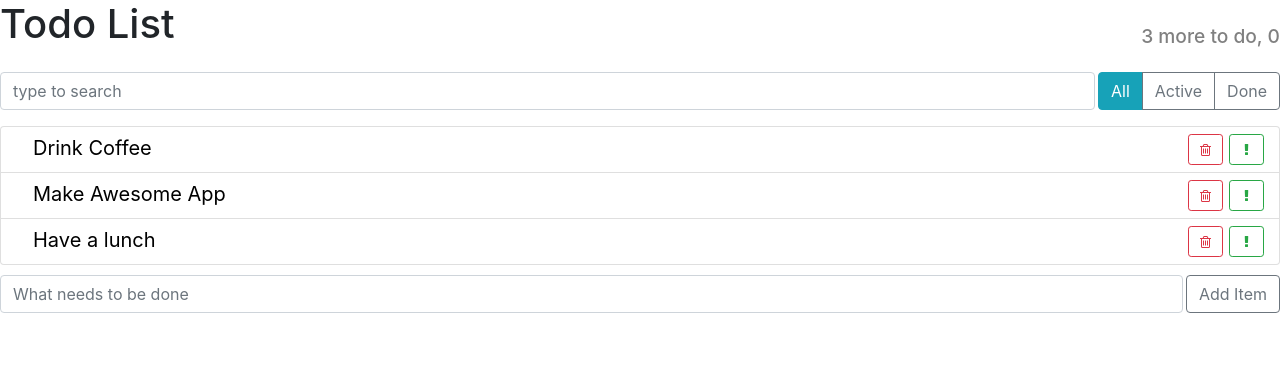
Repository: max535/react-todo-list
Page: /
An editor plug-in stored every save of this project. The page is shown before and after the next save, followed by the edit.
The browser window is 1280 px wide. The pictures show the whole page.
The project was rebuilt for these pictures with package versions that can differ from the ones it lists, and the page was loaded fresh each time.

Above is the page before, as saved 2022-01-17 02:14:21.

After the next save:
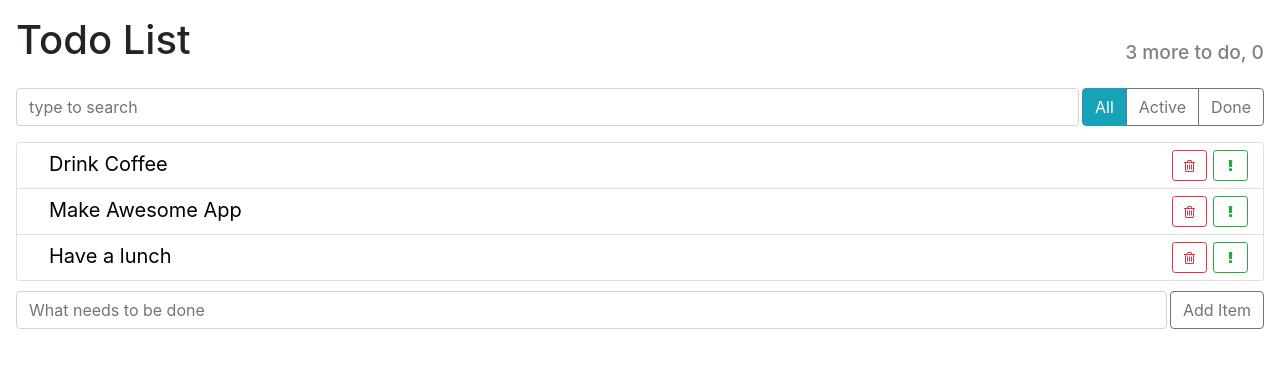
Saved 9 s later.
--- a/src/components/App/App.css
+++ b/src/components/App/App.css
@@ -1,5 +1,5 @@
 .todo-app {
-    /* margin: 2rem; */
+    margin: 1rem;
 
 }
 
